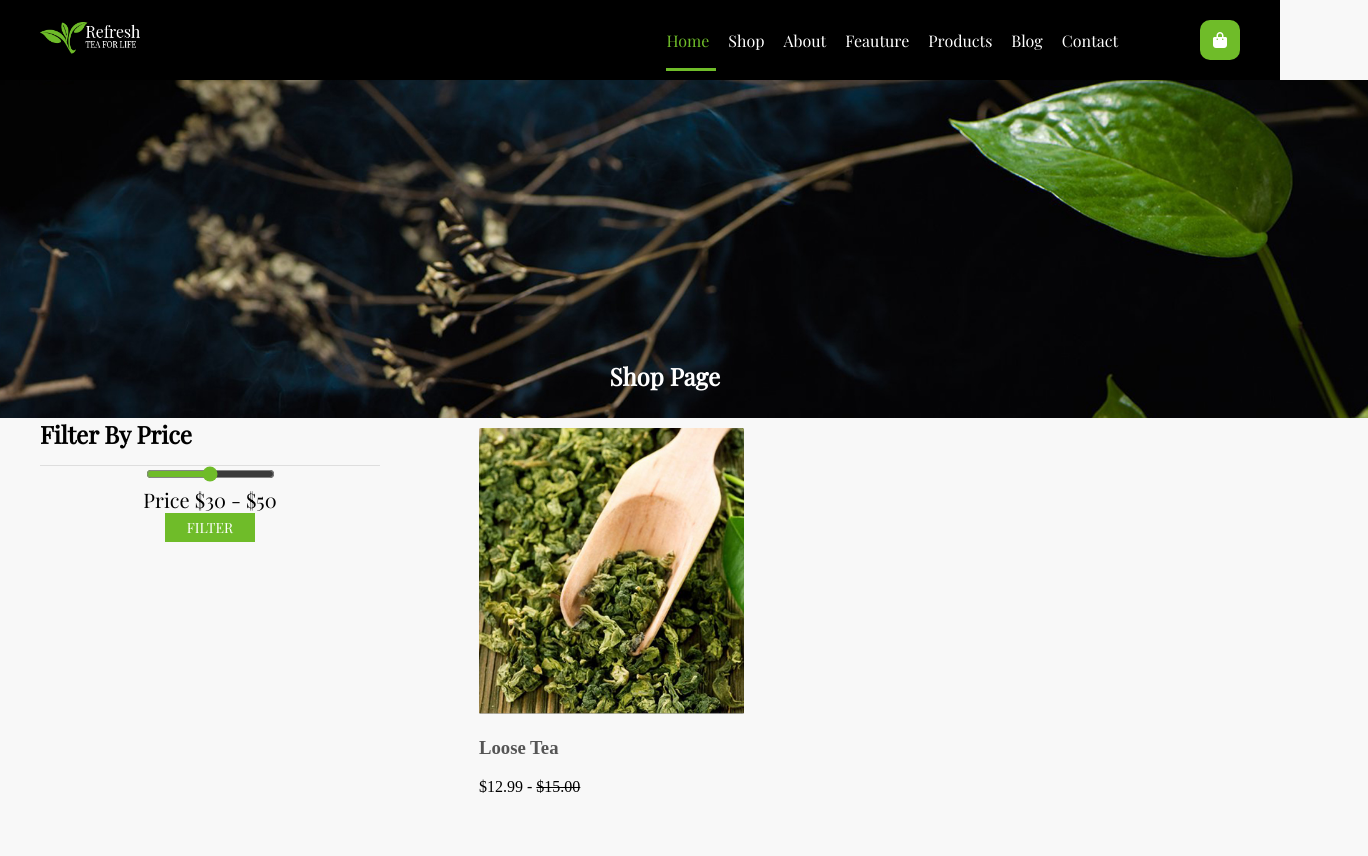
Repository: 52hzwhaleblue/school_teashop
Page: shop.html
The author's editor kept a copy of each file at every save. The page is drawn from the files as they stood at one save, then again after the next save.
The browser window is 1280 px wide. The page is 1368 px wide, so the pictures cover 1368 px, including what lies to the right of the window. The pictures show the whole page.
Some web libraries are served in a nearby version.

Above is the page before, as saved 2022-04-27 21:27:42.

After the next save:
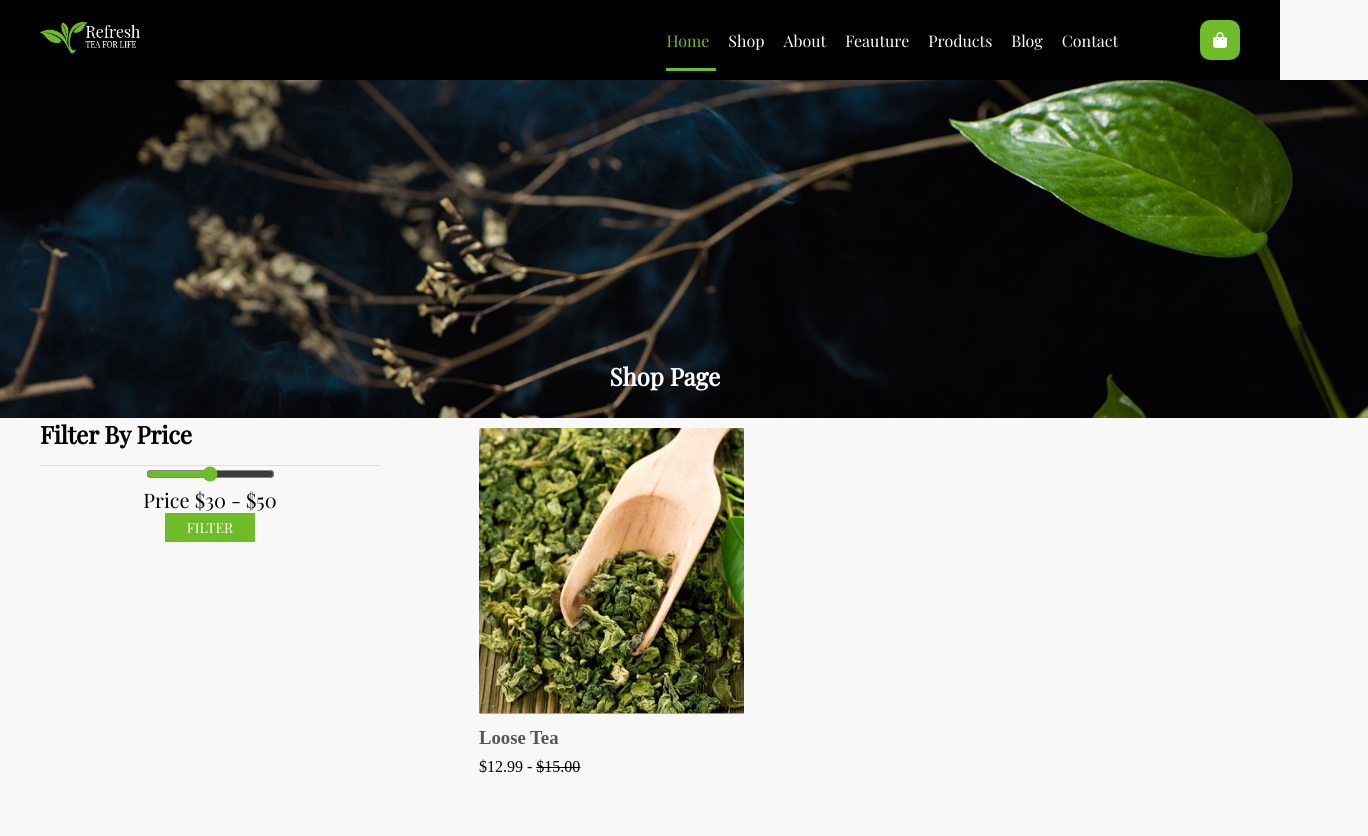
Saved 7 s later.
--- a/style.css
+++ b/style.css
@@ -712,6 +712,6 @@ body {
     text-align:left;
     margin: 200 auto 80px;
     position: relative;
-    line-height: 60px;
+    line-height: 40px;
     color:#555;
 }
